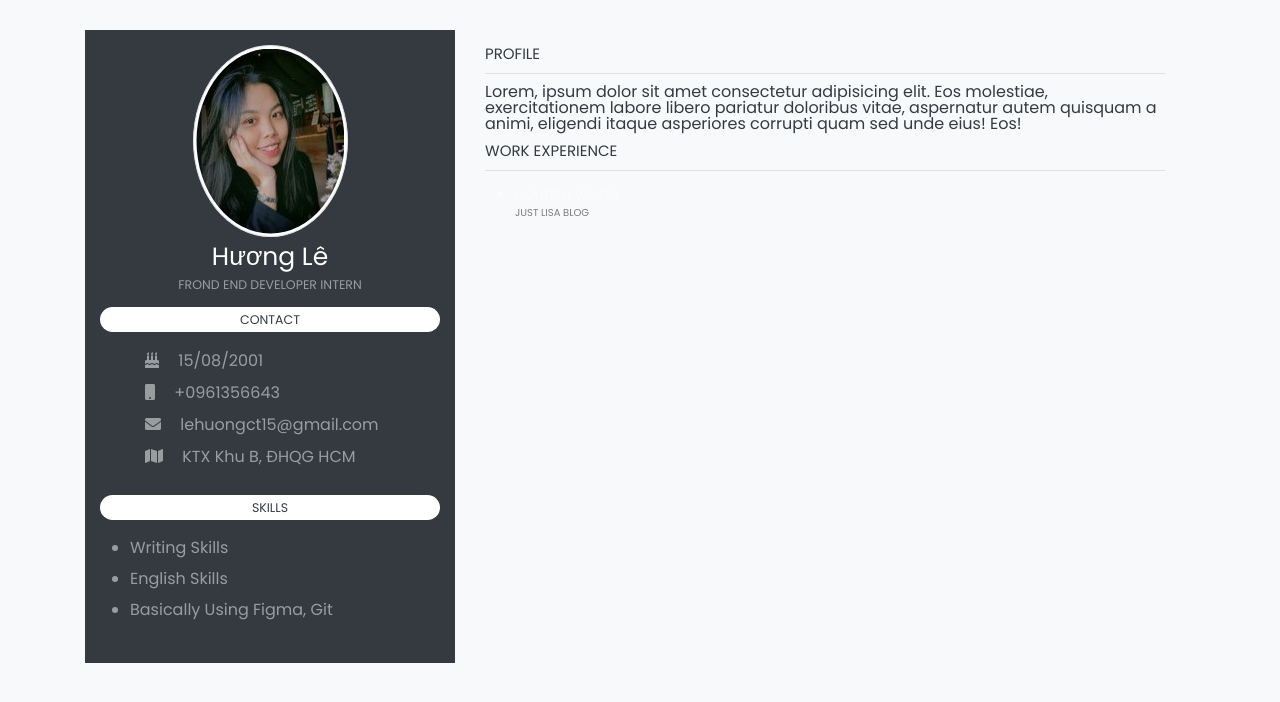
Repository: huongle158/cvhuongle
Page: index.html
The author's editor kept a copy of each file at every save. The page is drawn from the files as they stood at one save, then again after the next save.
The browser window is 1280 px wide. The pictures show the whole page.
Some web libraries are served in a nearby version.

Above is the page before, as saved 2021-12-12 23:43:43.

After the next save:
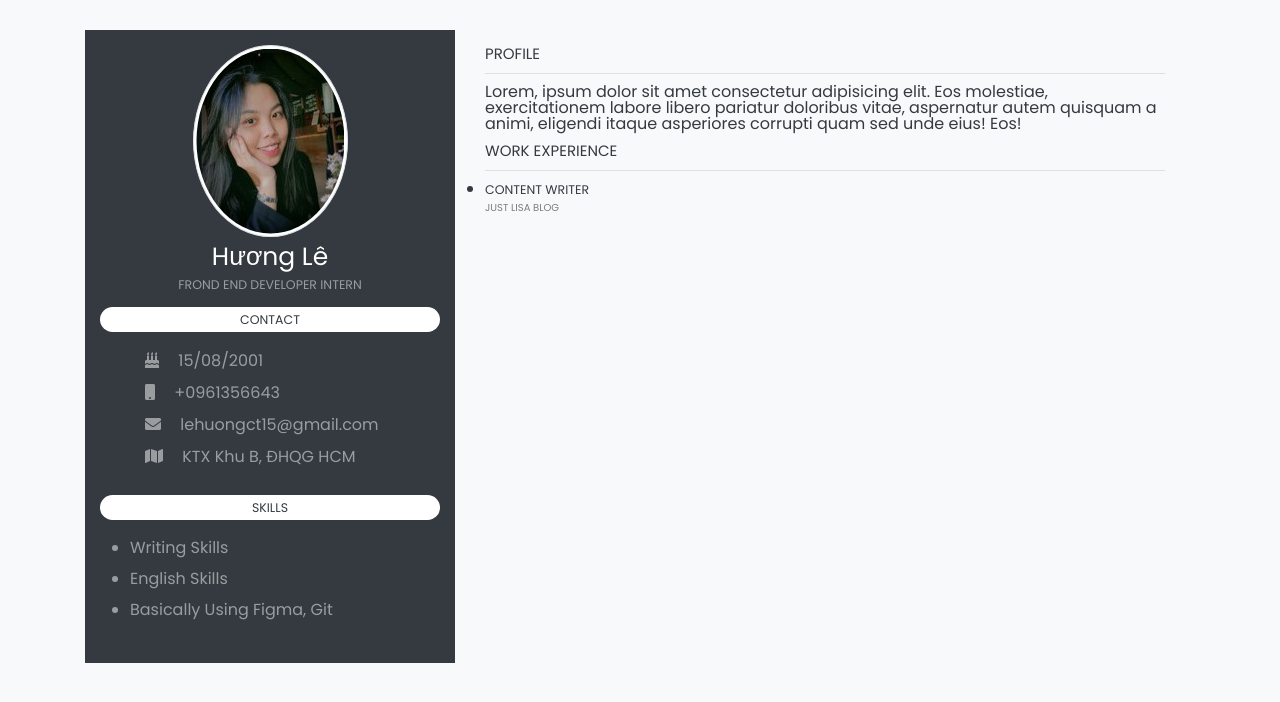
Saved 23 s later.
--- a/index.html
+++ b/index.html
@@ -83,7 +83,7 @@
             <div>
                 <h4 class="text-uppercase">Work Experience</h4>
                 <hr>
-                <ul class="list text-white-50 ml-5 py-2 text-left text-capitalize">
+                <ul class="list">
                 <li class="list-item mb-4">
                     <h5 class="display-6 text-uppercase">Content Writer</h5>
                     <h6 class="text-uppercase text-black-50">Just Lisa Blog</h6>
